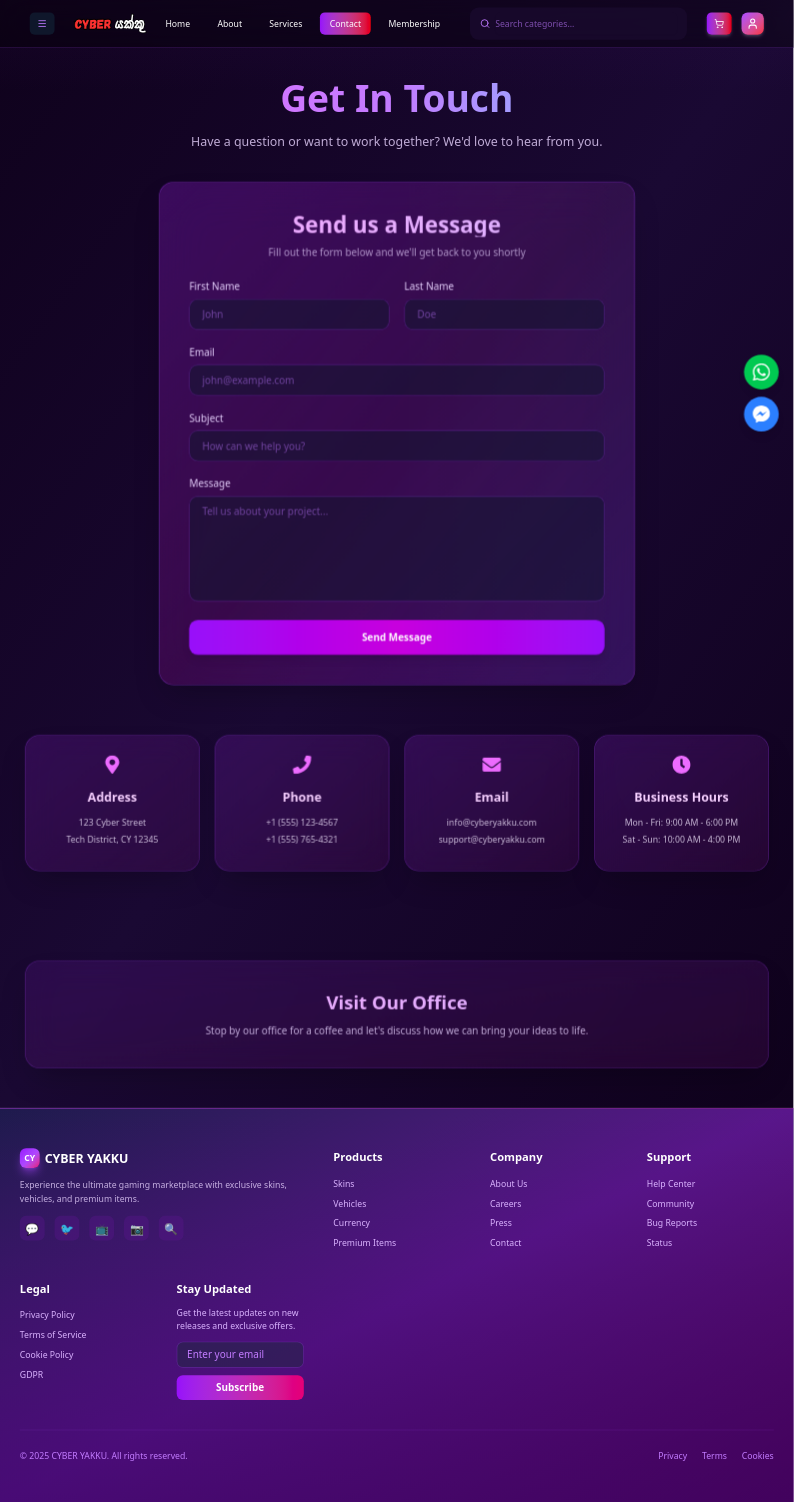
Repository: chamodya-hirusha/mta_sa_cyber_yakku_web
Page: /contact
The author's editor kept a copy of each file at every save. The page is drawn from the files as they stood at one save, then again after a run of saves.
The browser window is 1280 px wide. The pictures show the whole page, at 62% of full size.
The project was rebuilt for these pictures with package versions that can differ from the ones it lists, and the page was loaded fresh each time. The framework's server and built-in components were replaced by stand-ins that run in the browser. Also part of the build but not shown: next.config.mjs, components/header/layout/SideNavHeader.jsx, components/user/UserProfileSection.jsx, components/navigation/NavigationLinks.jsx, components/navigation/CollapsibleMenu.jsx, components/header/actions/themesdropdownbtn.jsx, components/navigation/AdditionalMenu.jsx, components/ui/dialog.jsx and 2 more.

Above is the page before, as saved 2025-10-20 11:05:27.

### app/layout.jsx
import { Geist, Geist_Mono } from "next/font/google";
import "./globals.css";
import Footer from "../components/footer/Footer";

const geistSans = Geist({
  variable: "--font-geist-sans",
  subsets: ["latin"],
});

const geistMono = Geist_Mono({
  variable: "--font-geist-mono",
  subsets: ["latin"],
});

export const metadata = {
  title: "Create Next App",
  description: "Generated by create next app",
};

export default function RootLayout({ children }) {
  return (
    <html lang="en" className="dark-theme">
      <body
        className={`${geistSans.variable} ${geistMono.variable} antialiased min-h-screen flex flex-col`}
      >
        <main className="flex-1">
          {children}
        </main>
        <Footer />
      </body>
    </html>
  );
}

### app/contact/page.jsx
"use client";

import React, { useState } from "react";
import SideNav from '../../components/sidebar/SideNav';
import HeaderBar from '../../components/header/HeaderBar';
import ChatButtons from '../../components/common/ChatButtons';
import CartSidebar from '../../components/sidebar/CartSidebar';
import HeroSection from './components/HeroSection';
import ContactForm from './components/ContactForm';
import ContactInfoCards from './components/ContactInfoCards';
import VisitOfficeSection from './components/VisitOfficeSection';

export default function ContactPage() {
  const [cart, setCart] = useState([]);
  const [showCart, setShowCart] = useState(false);
  const [sidenavOpen, setShowSidenav] = useState(false);
  const [isLoggedIn, setIsLoggedIn] = useState(false);
  const [activeTab, setActiveTab] = useState('contact');

  const headerTabs = [
    { id: 'contact', label: 'Contact', icon: '📞' },
  ];

  const removeFromCart = (index) => {
    setCart(cart.filter((_, i) => i !== index));
  };

  const total = cart.reduce((sum, item) => sum + item.price, 0).toFixed(2);

  return (
    <div className="min-h-screen bg-gradient-to-br from-[#0f021c] via-[#1a0933] to-[#0f021c] text-gray-100">

      {/* Side Navigation */}
      <SideNav
        isLoggedIn={isLoggedIn}
        setIsLoggedIn={setIsLoggedIn}
        sidenavOpen={sidenavOpen}
        setShowSidenav={setShowSidenav}
        activeTab="contact"
        setActiveTab={setActiveTab}
      />

      {/* Header */}
      <HeaderBar
        cartCount={cart.length}
        onCartClick={() => setShowCart(!showCart)}
        onMenuClick={() => setShowSidenav(!sidenavOpen)}
        headerTabs={headerTabs}
        activeTab={activeTab}
        setActiveTab={setActiveTab}
      />

      <HeroSection />


        <div className="container mx-auto">
          <ContactForm />

          <ContactInfoCards />

          {/* Cart Sidebar */}
          <CartSidebar
            cart={cart}
            showCart={showCart}
            onClose={() => setShowCart(false)}
            onRemove={removeFromCart}
            total={total}
          />
        </div>


      <VisitOfficeSection />

      <ChatButtons />
    </div>
  );
}

### components/header/HeaderBar.jsx
'use client';
import React, { useState } from 'react';
import { useRouter } from "next/navigation";
import LogoSection from "./layout/LogoSection";
import DesktopNavigation from "./layout/DesktopNavigation";
import MobileActions from "./layout/MobileActions";

export default function HeaderBar({
  cartCount,
  onCartClick,
  onMenuClick,
  headerTabs,
  activeTab,
  setActiveTab,
  isLoggedIn,
  onLogout
}) {
  const [profileOpen, setProfileOpen] = useState(false);
  const router = useRouter();

  return (
    <header className="py-2 sm:py-3 fixed top-0 left-0 right-0 z-50 bg-black/40 backdrop-blur-xl border-b border-purple-500/20">
      <div className="px-4 sm:px-6 md:px-8 lg:px-10 xl:px-12 flex items-center justify-between">
        <LogoSection onMenuClick={onMenuClick} />

        <DesktopNavigation
          cartCount={cartCount}
          onCartClick={onCartClick}
          headerTabs={headerTabs}
          activeTab={activeTab}
          setActiveTab={setActiveTab}
          isLoggedIn={isLoggedIn}
          onLogout={onLogout}
          profileOpen={profileOpen}
          setProfileOpen={setProfileOpen}
          router={router}
        />

        <MobileActions
          cartCount={cartCount}
          onCartClick={onCartClick}
          router={router}
        />
      </div>
    </header>
  );
}

### app/contact/components/HeroSection.jsx
import React from 'react';
import { heroData } from '../data/contactData';

export default function HeroSection() {
  return (
    <section className="pt-32 pb-12 px-6 relative overflow-hidden">
      <div className="absolute inset-0 bg-gradient-to-b from-purple-900/10 via-transparent to-transparent pointer-events-none"></div>
      <div className="container mx-auto text-center relative z-10">
        <h1 className="text-5xl md:text-6xl font-bold mb-6 bg-gradient-to-r from-fuchsia-400 via-purple-400 to-cyan-400 bg-clip-text text-transparent">
          {heroData.title}
        </h1>
        <p className="text-xl text-purple-200/80 max-w-2xl mx-auto leading-relaxed">
          {heroData.subtitle}
        </p>
      </div>
    </section>
  );
}

### app/contact/components/ContactInfoCards.jsx
import React from 'react';
import { FaMapMarkerAlt, FaPhone, FaEnvelope, FaClock } from 'react-icons/fa';
import { contactInfo } from '../data/contactData';

const iconMap = {
  FaMapMarkerAlt: FaMapMarkerAlt,
  FaPhone: FaPhone,
  FaEnvelope: FaEnvelope,
  FaClock: FaClock
};

export default function ContactInfoCards() {
  return (
    <div className="grid md:grid-cols-2 lg:grid-cols-4 pt-20 gap-6 mb-20">
      {contactInfo.map((info, index) => {
        const IconComponent = iconMap[info.icon];
        return (
          <div
            key={index}
            className="group relative bg-gradient-to-br from-purple-900/40 to-fuchsia-900/20 backdrop-blur-xl p-8 rounded-3xl shadow-2xl border border-purple-500/30 text-center hover:scale-105 transition-all duration-300 hover:shadow-fuchsia-500/20 overflow-hidden"
          >
            <div className={`absolute inset-0 bg-gradient-to-br ${info.gradient} opacity-0 group-hover:opacity-100 transition-opacity duration-300`}></div>
            <div className="relative z-10">
              <div className="mb-6 flex justify-center transform group-hover:scale-110 group-hover:rotate-6 transition-transform duration-300">
                <IconComponent className="text-3xl text-fuchsia-400" />
              </div>
              <h3 className="text-xl font-bold mb-4 text-fuchsia-200">
                {info.title}
              </h3>
              {info.details.map((detail, idx) => (
                <p key={idx} className="text-purple-100/80 mb-2 text-sm">
                  {detail}
                </p>
              ))}
            </div>
          </div>
        );
      })}
    </div>
  );
}

### app/contact/components/VisitOfficeSection.jsx
import React from 'react';
import { visitOfficeData } from '../data/contactData';

export default function VisitOfficeSection() {
  return (
    <section className="py-16 px-6">
      <div className="container mx-auto">
        <div className="bg-gradient-to-br from-purple-900/30 to-fuchsia-900/20 backdrop-blur-xl p-12 rounded-3xl shadow-2xl border border-purple-500/30 text-center">
          <h3 className="text-3xl font-bold mb-4 bg-gradient-to-r from-fuchsia-300 to-purple-300 bg-clip-text text-transparent">
            {visitOfficeData.title}
          </h3>
          <p className="text-purple-200/80 max-w-2xl mx-auto">
            {visitOfficeData.description}
          </p>
        </div>
      </div>
    </section>
  );
}

### components/footer/FooterSection.jsx
import Link from "next/link";

export default function FooterSection({ section }) {
  return (
    <div className="space-y-4">
      <h3 className="text-lg font-semibold text-white">{section.title}</h3>
      <ul className="space-y-2">
        {section.links.map((link, index) => (
          <li key={index}>
            <Link
              href={link.href}
              className="text-purple-300 hover:text-white transition-colors duration-200 text-sm"
            >
              {link.name}
            </Link>
          </li>
        ))}
      </ul>
    </div>
  );
}

### components/footer/SocialLinks.jsx
import Link from "next/link";

export default function SocialLinks({ socialLinks }) {
  return (
    <div className="flex space-x-4">
      {socialLinks.map((social, index) => (
        <Link
          key={index}
          href={social.href}
          target="_blank"
          rel="noopener noreferrer"
          className="w-10 h-10 bg-purple-900/40 hover:bg-purple-800/60 rounded-lg flex items-center justify-center text-purple-300 hover:text-white transition-all duration-200 hover:scale-110"
          aria-label={`Follow us on ${social.name}`}
        >
          <span className="text-lg">{social.icon}</span>
        </Link>
      ))}
    </div>
  );
}

### components/footer/Newsletter.jsx
"use client";

import { useState } from "react";

export default function Newsletter({ newsletter }) {
  const [email, setEmail] = useState("");

  const handleSubmit = (e) => {
    e.preventDefault();
    // Handle newsletter subscription
    console.log("Newsletter subscription:", email);
    setEmail("");
  };

  return (
    <div className="space-y-4">
      <h3 className="text-lg font-semibold text-white">{newsletter.title}</h3>
      <p className="text-purple-300 text-sm">{newsletter.description}</p>
      <form onSubmit={handleSubmit} className="space-y-3">
        <input
          type="email"
          value={email}
          onChange={(e) => setEmail(e.target.value)}
          placeholder={newsletter.placeholder}
          className="w-full px-4 py-2 bg-slate-800/50 border border-purple-500/30 rounded-lg text-white placeholder-purple-400 focus:outline-none focus:border-purple-400 focus:ring-1 focus:ring-purple-400"
          required
        />
        <button
          type="submit"
          className="w-full px-4 py-2 bg-gradient-to-r from-purple-600 to-pink-600 hover:from-purple-700 hover:to-pink-700 text-white font-semibold rounded-lg transition-all duration-200 hover:scale-105"
        >
          {newsletter.buttonText}
        </button>
      </form>
    </div>
  );
}

### components/header/layout/LogoSection.jsx
import Link from "next/link";
import Image from "next/image";
import { Menu } from 'lucide-react';
import { Button } from "../../ui/button";
import CYBER from '../../resources/Logo/CYBER_NEW.webp';

export default function LogoSection({ onMenuClick }) {
  return (
    <div className="flex items-center gap-3 sm:gap-4">
      <Button
        onClick={onMenuClick}
        aria-label="Open side navigation"
        className="mr-auto text-purple-400 hover:text-red-400 transition-colors touch-manipulation"
      >
        <Menu className="w-6 h-6" />
      </Button>
      <Link href="/" className="flex items-center">
        <div className="p-1 sm:p-2 bg-gr0adient-to-br  rounded-lg">
          <Image
            src={CYBER}
            alt="CYBER"
            width={190}
            height={70}
          />
        </div>
      </Link>
    </div>
  );
}

### components/header/layout/DesktopNavigation.jsx
import Nav from "../navigation/HeaderNav";
import SearchBar from "../../common/SearchBar";
import CartButton from "../actions/CartButton";
import ProfileButton from "../actions/ProfileButton";

export default function DesktopNavigation({
  cartCount,
  onCartClick,
  headerTabs,
  activeTab,
  setActiveTab,
  isLoggedIn,
  onLogout,
  profileOpen,
  setProfileOpen,
  router
}) {
  return (
    <div className="hidden md:flex items-center gap-4 lg:gap-6 xl:gap-8">
      {/* HeaderNav Tabs */}
      <div className='md:hidden xl:flex'>
        <Nav />
      </div>

      {/* Search Bar in the middle */}
      <SearchBar />

      {/* Right Side Icons */}
      <div className="flex items-center gap-4">
        <CartButton cartCount={cartCount} onCartClick={onCartClick} />
        <ProfileButton
          isLoggedIn={isLoggedIn}
          onLogout={onLogout}
          router={router}
          profileOpen={profileOpen}
          setProfileOpen={setProfileOpen}
        />
      </div>
    </div>
  );
}

### components/header/layout/MobileActions.jsx
import { motion } from 'framer-motion';
import { User } from 'lucide-react';
import CartButton from "../actions/CartButton";

export default function MobileActions({ cartCount, onCartClick, router }) {
  return (
    <div className="flex md:hidden items-center gap-3 sm:gap-4">
      <CartButton cartCount={cartCount} onCartClick={onCartClick} isMobile={true} />

      <motion.button
        onClick={() => {
          router.push('/profile');
        }}
        className="p-2 rounded-lg bg-gradient-to-br from-purple-500 to-red-500 hover:from-purple-600 hover:to-red-600 transition-all shadow-md shadow-purple-200/20 hover:shadow-purple-200/40 min-h-[44px] min-w-[44px] flex items-center justify-center touch-manipulation"
        whileHover={{ scale: 1.05 }}
        whileTap={{ scale: 0.95 }}
      >
        <User className="w-5 h-5 text-white" />
      </motion.button>
    </div>
  );
}

### components/ui/input.jsx
import * as React from "react"
import { cn } from "@/lib/utils"

function Input({ className, type, value, onChange, ...props }) {
  return (
    <input
      type={type}
      onChange={onChange}
      data-slot="input"
      className={cn(
        "file:text-foreground placeholder:text-muted-foreground selection:bg-primary selection:text-primary-foreground dark:bg-input/30 border-input h-9 w-full min-w-0 rounded-md border bg-transparent px-3 py-1 text-base shadow-xs transition-[color,box-shadow] outline-none file:inline-flex file:h-7 file:border-0 file:bg-transparent file:text-sm file:font-medium disabled:pointer-events-none disabled:cursor-not-allowed disabled:opacity-50 md:text-sm",
        "focus-visible:border-ring focus-visible:ring-ring/50 focus-visible:ring-[3px]",
        "aria-invalid:ring-destructive/20 dark:aria-invalid:ring-destructive/40 aria-invalid:border-destructive",
        className
      )}
      {...props}
    />
  );
}

export { Input }

### components/ui/button.jsx
import * as React from "react"
import { Slot } from "@radix-ui/react-slot"
import { cva } from "class-variance-authority";

import { cn } from "@/lib/utils"

const buttonVariants = cva(
  "inline-flex items-center justify-center gap-2 whitespace-nowrap rounded-md text-sm font-medium transition-all disabled:pointer-events-none disabled:opacity-50 [&_svg]:pointer-events-none [&_svg:not([class*='size-'])]:size-4 shrink-0 [&_svg]:shrink-0 outline-none focus-visible:border-ring focus-visible:ring-ring/50 focus-visible:ring-[3px] aria-invalid:ring-destructive/20 dark:aria-invalid:ring-destructive/40 aria-invalid:border-destructive",
  {
    variants: {
      variant: {
        default: "bg-primary text-primary-foreground hover:bg-primary/90",
        destructive:
          "bg-destructive text-white hover:bg-destructive/90 focus-visible:ring-destructive/20 dark:focus-visible:ring-destructive/40 dark:bg-destructive/60",
        outline:
          "border bg-background shadow-xs hover:bg-accent hover:text-accent-foreground dark:bg-input/30 dark:border-input dark:hover:bg-input/50",
        secondary:
          "bg-secondary text-secondary-foreground hover:bg-secondary/80",
        ghost:
          "hover:bg-accent hover:text-accent-foreground dark:hover:bg-accent/50",
        link: "text-primary underline-offset-4 hover:underline",
      },
      size: {
        default: "h-9 px-4 py-2 has-[>svg]:px-3",
        sm: "h-8 rounded-md gap-1.5 px-3 has-[>svg]:px-2.5",
        lg: "h-10 rounded-md px-6 has-[>svg]:px-4",
        icon: "size-9",
        "icon-sm": "size-8",
        "icon-lg": "size-10",
      },
    },
    defaultVariants: {
      variant: "default",
      size: "default",
    },
  }
)

function Button({
  className,
  variant,
  size,
  asChild = false,
  children,
  ...props
}) {
  const Comp = asChild ? Slot : "button"
return (
  <Comp
    data-slot="button"
    className={cn(buttonVariants({ variant, size, className }))}
    {...props}>
    {children}
  </Comp>
);
}

export { Button, buttonVariants }

### components/header/navigation/HeaderNav.jsx
"use client"
import Link from "next/link";
import { usePathname } from "next/navigation";
import { Button } from "../../ui/button";

const links = [
    {
        name: "home",
        path: "/"
    },
    {
        name: "about",
        path: "/about"
    },
    {
        name: "services",
        path: "/services"
    },
    {
        name: "contact",
        path: "/contact"
    },
    {
        name: "membership",
        path: "/membership"
    }
];

const Nav = () => {
    const pathname = usePathname();
    console.log(pathname);

    return (
        <nav className="flex gap-3">
            {links.map((link, index) => {
                const isActive = link.path === pathname;
                const isHomeActive = isActive && link.path === "/";

                return (
                    <Button
                        key={index}
                        asChild
                        variant={isActive ? "default" : "ghost"}
                        className={
                            isHomeActive
                                ? "bg-gradient-to-r from-purple-400  to-amber-600 text-black hover:from-amber-500 hover:to-amber-700"
                                : isActive
                                ? "bg-gradient-to-r from-purple-600 to-red-600 text-white"
                                : "text-white hover:text-purple300 hover:bg-purple-900/30"
                        }
                        aria-current={isActive ? "page" : undefined}
                    >
                        <Link href={link.path} className="capitalize">
                            {link.name}
                        </Link>
                    </Button>
                );
            })}
        </nav>
    );
};

export default Nav;

### components/common/SearchBar.jsx
"use client";

import * as React from "react";
import { Input } from "@/components/ui/input";
import { Search } from "lucide-react";
import { cn } from "@/lib/utils"; // shadcn cn utility (classNames merge)
export default function SearchBar({
  value = "",
  onChange,
  placeholder = "Search categories...",
  width = "350px",
  className,
  ...props
}) {
  const rootStyle =
    typeof width === "string" && width.startsWith("w-")
      ? width
      : undefined;

  return (
    <div
      className={cn(
        "flex items-center gap-2 rounded-xl px-4 py-2 shadow-inner transition-all duration-300 focus-within:shadow-[0_0_12px_rgba(168,85,247,0.5)]",
        "bg-muted/70 text-muted-foreground",
        "bg-[#1a0b2e]/80",
        "shadow-purple-700/30",
        rootStyle,
        className
      )}
      style={
        !rootStyle
          ?
            { width: typeof width === "number" ? `${width}px` : width }
          : undefined
      }
    >
      <Search className="text-purple-400" size={18} />
      <Input
        type="text"
        placeholder={placeholder}
        className="bg-transparent border-0 text-white placeholder:text-purple-400/60 focus:ring-0 focus-visible:ring-0 w-full p-0"
        value={value}
        onChange={onChange}
        {...props}
      />
    </div>
  );
}

### components/header/actions/CartButton.jsx
import { ShoppingCart } from 'lucide-react';
import { Button } from "../../ui/button";

export default function CartButton({ cartCount, onCartClick, isMobile = false }) {
  const baseClasses = "relative flex items-center gap-2 shadow-md shadow-purple-200/20 bg-gradient-to-r from-purple-600 to-red-600 hover:shadow-purple-200/40 hover:scale-105 transition-all";
  const mobileClasses = "px-3 py-2 min-h-[44px] touch-manipulation";
  const desktopClasses = "";

  return (
    <Button
      onClick={onCartClick}
      className={`${baseClasses} ${isMobile ? mobileClasses : desktopClasses}`}
    >
      <ShoppingCart className="w-5 h-5 text-white" />
      {cartCount > 0 && (
        <div className={`absolute bg-gradient-to-r from-red-500 to-pink-500 rounded-full flex items-center justify-center text-white text-xs font-bold ${isMobile ? '-top-1 -right-1 w-5 h-5' : '-top-2 -right-2 w-5 h-5'}`}>
          {cartCount}
        </div>
      )}
    </Button>
  );
}

### components/header/actions/ProfileButton.jsx
import { motion } from 'framer-motion';
import { User } from 'lucide-react';


export default function ProfileButton({ isLoggedIn, onLogout, router, profileOpen, setProfileOpen }) {
  return (
    <div className="relative">
      <motion.button
        onClick={() => {
          if (isLoggedIn) {
            setProfileOpen(!profileOpen);
          } else {
            router.push('/profile');
          }
        }}
        onMouseEnter={() => isLoggedIn && setProfileOpen(true)}
        onMouseLeave={() => setProfileOpen(false)}
        className="p-2 rounded-lg bg-gradient-to-br from-purple-500 to-red-500 hover:from-purple-600 hover:to-red-600 transition-all shadow-md shadow-purple-200/20 hover:shadow-purple-200/40"
        whileHover={{ scale: 1.05 }}
        whileTap={{ scale: 0.95 }}
      >
        <User className="w-5 h-5 text-white" />
      </motion.button>
    </div>
  );
}

Loaded but not shown: lib/navigationData.js (library); lib/utils.js (library); app/contact/data/contactData.js (80 lines, source omitted); lib/footerData.js (60 lines, source omitted); app/globals.css (332 lines, source omitted); app/contact/components/ContactForm.jsx (100 lines, source omitted); components/ui/sheet.jsx (140 lines, source omitted); components/footer/Footer.jsx (67 lines, source omitted); components/common/ChatButtons.jsx (42 lines, source omitted); components/sidebar/SideNav.jsx (76 lines, source omitted)

After the next 2 saves:
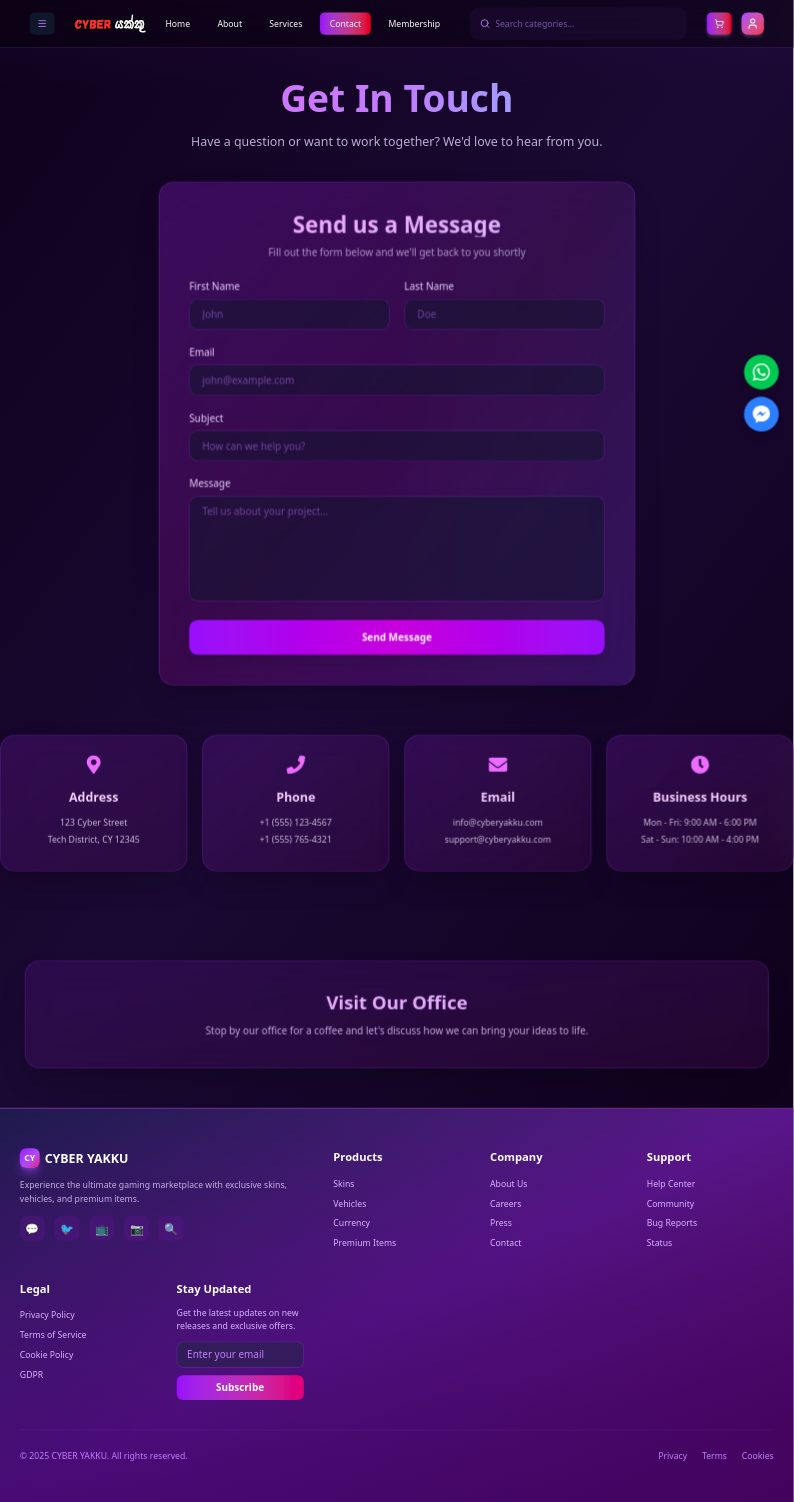
The 2 saves are shown as one change because they came seconds apart.
The last was saved 10 s later.
--- a/app/contact/page.jsx
+++ b/app/contact/page.jsx
@@ -53,7 +53,7 @@ export default function ContactPage() {
       <HeroSection />
 
 
-        <div className="container mx-auto">
+
           <ContactForm />
 
           <ContactInfoCards />
@@ -66,7 +66,7 @@ export default function ContactPage() {
             onRemove={removeFromCart}
             total={total}
           />
-        </div>
+
 
 
       <VisitOfficeSection />
